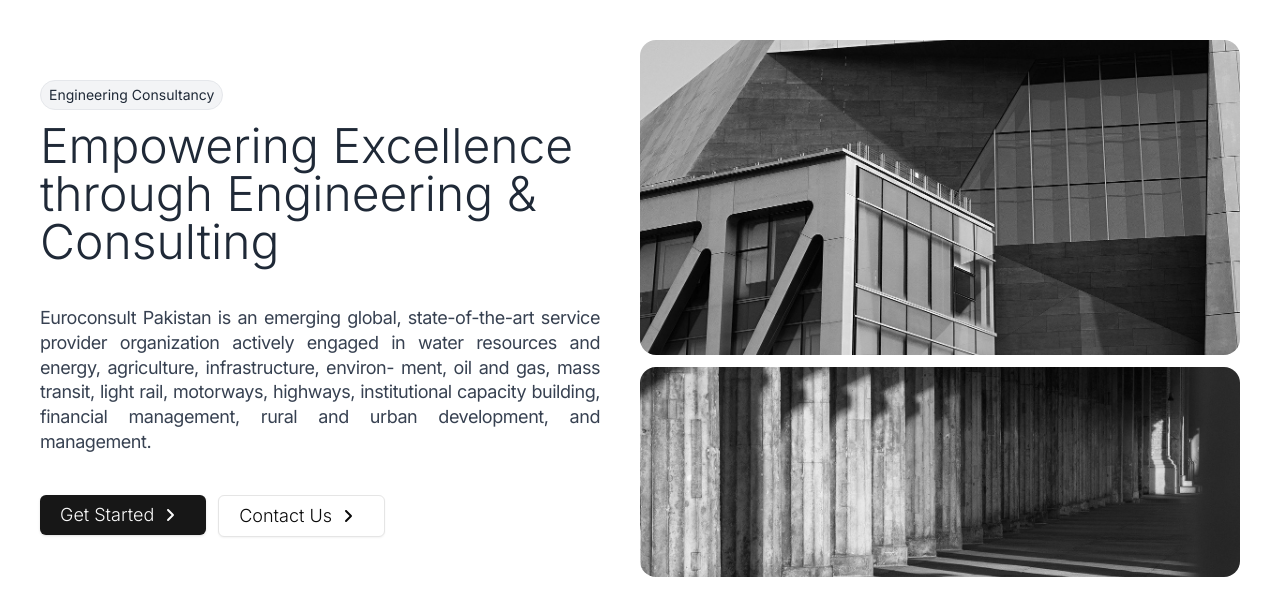
Repository: EMDC-24/ecglobalwebsite19
Page: /
An editor plug-in stored every save of this project. The page is shown before and after the next save, followed by the edit.
The browser window is 1280 px wide. The pictures show the whole page.
The project was rebuilt for these pictures with package versions that can differ from the ones it lists, and the page was loaded fresh each time. The framework's server and built-in components were replaced by stand-ins that run in the browser. Also part of the build but not shown: next.config.mjs.

Above is the page before, as saved 2024-09-17 17:03:54.

After the next save:
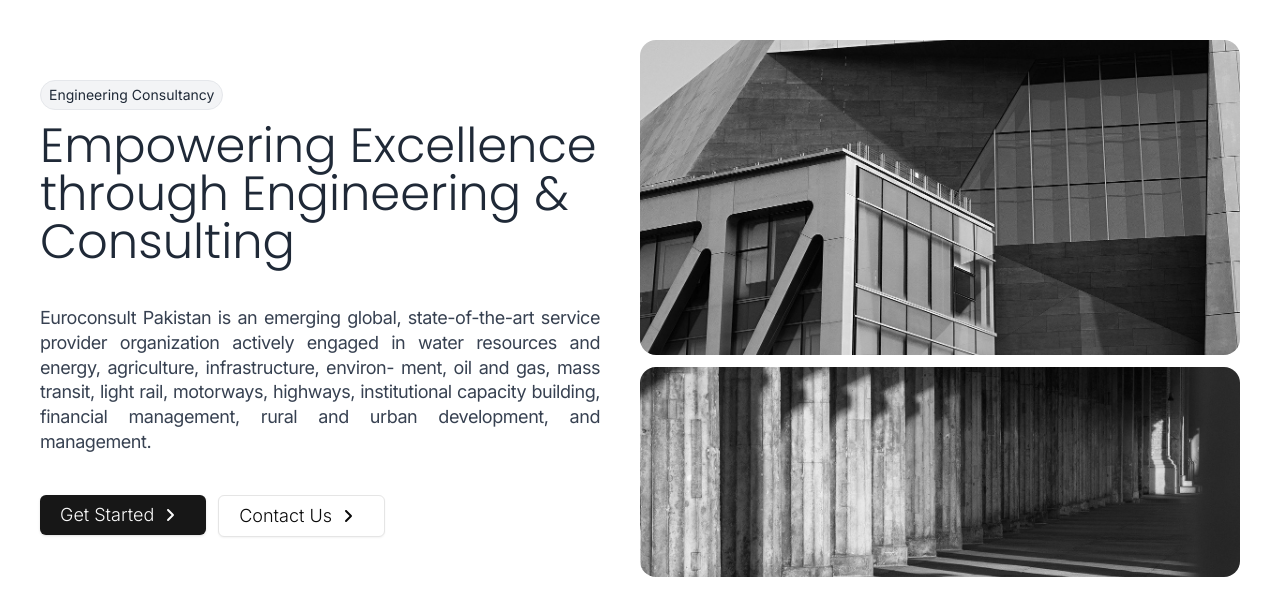
Saved 31 s later.
--- a/app/Hero.tsx
+++ b/app/Hero.tsx
@@ -8,7 +8,7 @@
         <div className="bg-white px-10 flex flex-row my-10">
         <div className="md:w-1/2 flex flex-col items-start justify-normal py-10">
         <div className="bg-gray-100 border-[1px] border-gray-200 rounded-full px-2 py-1 text-sm text-gray-800">Engineering Consultancy</div>
-        <h1 className="text-5xl text-gray-800 mt-3 font-light">Empowering Excellence through Engineering & Consulting</h1>
+        <h1 className="text-5xl text-gray-800 mt-3 font-light font-sans">Empowering Excellence through Engineering & Consulting</h1>
         <p className="text-lg text-gray-700 mt-10 leading-snug tracking-tight text-justify mr-10">Euroconsult Pakistan is an emerging global, state-of-the-art service provider organization actively engaged in water resources and energy, agriculture, infrastructure, environ- ment, oil and gas, mass transit, light rail, motorways, highways, institutional capacity building, financial management, rural and urban development, and management. </p>
         <div className="mt-10 flex flex-row gap-3">
         <a href="#" >

After the 4 saves that followed:
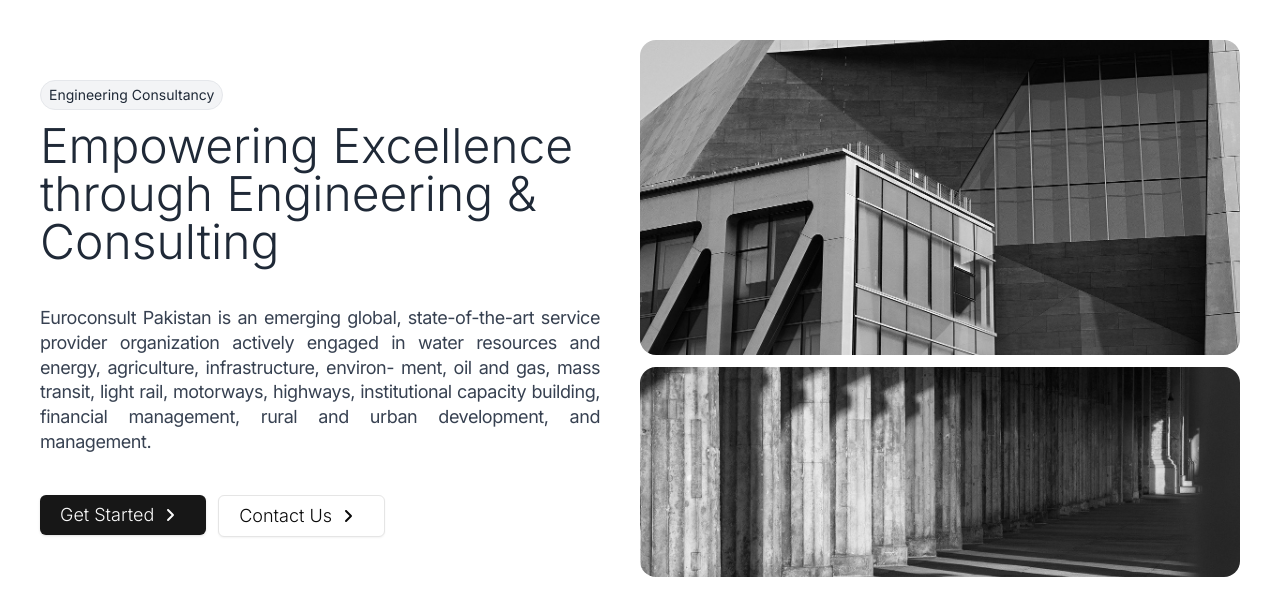
The 4 saves are shown as one change because 2 left the picture as it was and some came seconds apart.
The last was saved 2 min 15 s later.
--- a/app/globals.css
+++ b/app/globals.css
@@ -1,6 +1,7 @@
 @tailwind base;
 @tailwind components;
 @tailwind utilities;
+
 @layer base {
   :root {
     --background: 0 0% 100%;
@@ -27,7 +28,7 @@
     --chart-3: 197 37% 24%;
     --chart-4: 43 74% 66%;
     --chart-5: 27 87% 67%;
-    --radius: 0.5rem
+    --radius: 0.5rem;
   }
   .dark {
     --background: 0 0% 3.9%;
@@ -53,9 +54,10 @@
     --chart-2: 160 60% 45%;
     --chart-3: 30 80% 55%;
     --chart-4: 280 65% 60%;
-    --chart-5: 340 75% 55%
+    --chart-5: 340 75% 55%;
   }
 }
+
 @font-face {
   font-family: 'Poppins';
   src: url('/fonts/Poppins-Black.ttf') format('truetype');
@@ -126,8 +128,6 @@
   font-style: italic;
 }
 
-
-
 @layer base {
   * {
     @apply border-border;
--- a/app/Hero.tsx
+++ b/app/Hero.tsx
@@ -8,7 +8,7 @@
         <div className="bg-white px-10 flex flex-row my-10">
         <div className="md:w-1/2 flex flex-col items-start justify-normal py-10">
         <div className="bg-gray-100 border-[1px] border-gray-200 rounded-full px-2 py-1 text-sm text-gray-800">Engineering Consultancy</div>
-        <h1 className="text-5xl text-gray-800 mt-3 font-light font-sans">Empowering Excellence through Engineering & Consulting</h1>
+        <h1 className="text-5xl text-gray-800 mt-3 font-light ">Empowering Excellence through Engineering & Consulting</h1>
         <p className="text-lg text-gray-700 mt-10 leading-snug tracking-tight text-justify mr-10">Euroconsult Pakistan is an emerging global, state-of-the-art service provider organization actively engaged in water resources and energy, agriculture, infrastructure, environ- ment, oil and gas, mass transit, light rail, motorways, highways, institutional capacity building, financial management, rural and urban development, and management. </p>
         <div className="mt-10 flex flex-row gap-3">
         <a href="#" >
